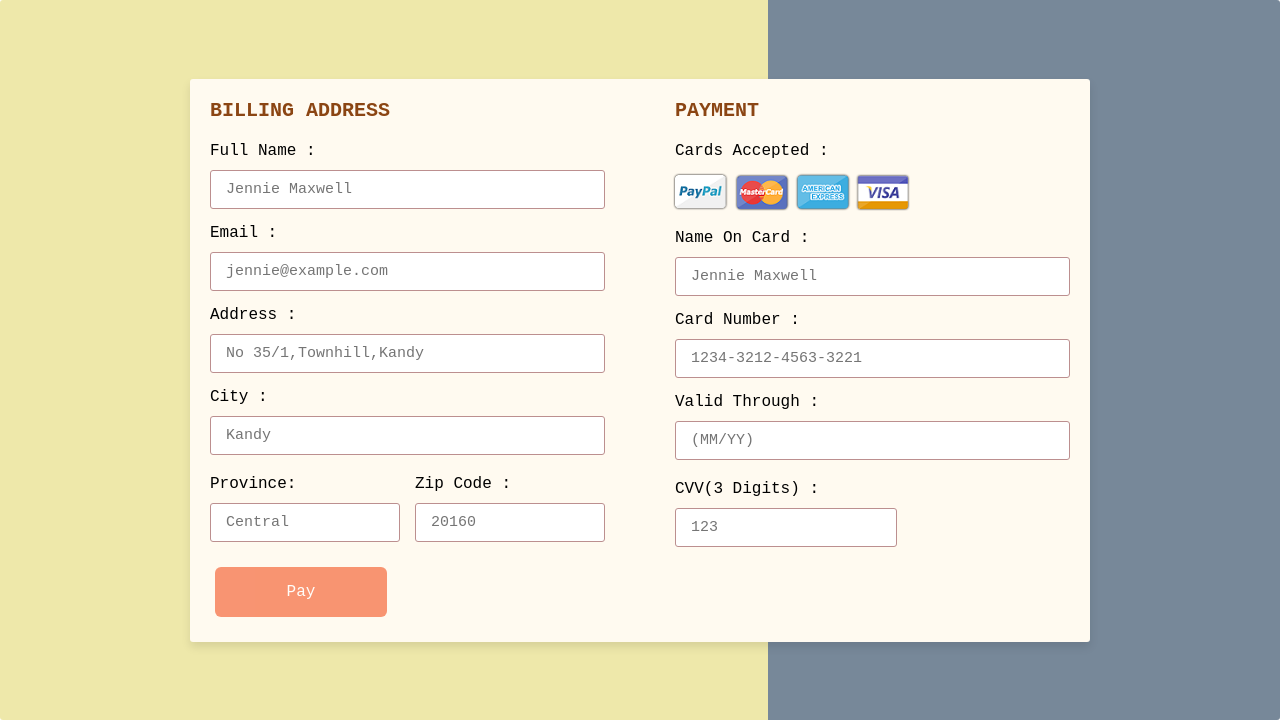
Repository: it22272690/Event-Planning-System
Page: http://localhost/PaymentDemo/Payment.jsp
The author's editor kept a copy of each file at every save. The page is drawn from the files as they stood at one save, then again after the next save.
The browser window is 1280 px wide. The pictures show the whole page.
The page is served by Tomcat 10. Other server files are loaded and not shown.

Above is the page before, as saved 2023-10-22 09:52:25.

### PaymentDemo/src/main/webapp/Payment.jsp
<%@ page language="java" contentType="text/html; charset=ISO-8859-1"
    pageEncoding="ISO-8859-1"%>
<!DOCTYPE html>
<html>
<head>
<meta charset="ISO-8859-1">
<title>Insert title here</title>
  <link rel="stylesheet" href="css/payment.css">

</head>
<body>
   <div class="container">

    <form action="pay" method="post" >

        <div class="row">

            <div class="col">

                <h3 class="title">billing address</h3>

                <div class="inputBox">
                    <span>full name :</span>
                    <input type="text" name="fname" placeholder="Jennie Maxwell">
                </div>
                <div class="inputBox">
                    <span>email :</span>
                    <input type="email" name="email" placeholder="jennie@example.com">
                </div>
                <div class="inputBox">
                    <span>address :</span>
                    <input type="text" name="address" placeholder="No 35/1,Townhill,Kandy">
                </div>
                <div class="inputBox">
                    <span>city :</span>
                    <input type="text" name="city" placeholder="Kandy">
                </div>

                <div class="flex">
                    <div class="inputBox">
                        <span>Province:</span>
                        <input type="text" name="province" placeholder="Central">
                    </div>
                    <div class="inputBox">
                        <span>Zip code :</span>
                        <input type="text" name="zipcode" placeholder="20160">
                    </div>
                </div>

            </div>

            <div class="col">

                <h3 class="title">payment</h3>

                <div class="inputBox">
                    <span>cards accepted :</span>
                     <img src="images/card_img.png" alt="card">
                </div>
                <div class="inputBox">
                    <span>name on card :</span>
                    <input type="text" name="cname" placeholder="Jennie Maxwell">
                </div>
                <div class="inputBox">
                    <span>Card number :</span>
                    <input type="text" name="cnumber" placeholder="1234-3212-4563-3221" pattern="[0-9][0-9][0-9][0-9]-[0-9][0-9][0-9][0-9]-[0-9][0-9][0-9][0-9]-[0-9][0-9][0-9][0-9]">
                </div>
                <div class="inputBox">
                    <span>Valid through :</span>
                    <input type="text" name="valid" placeholder="(MM/YY)"  pattern="(0[1-9]|1[0-2])\/[0-9]{2}" >
                </div>
			 <div class="flex">
                    <div class="inputBox">
                        <span>CVV(3 Digits) :</span>
                        <input type="text" name="cvv" placeholder="123" pattern="[0-9][0-9][0-9]">
                    </div>
                </div>

            </div>

        </div>

       <input type="submit" value="pay" class="submit-btn" name="submit" >




    </form>

</div>

</body>
</html>

### PaymentDemo/src/main/webapp/css/payment.css
@charset "ISO-8859-1";
@import url('https://fonts.googleapis.com/css2?family=Poppins:wght@100;300;400;500;600&display=swap');

*{
  font-family: 'Courier New';
  margin:0; padding:0;
  box-sizing: border-box;
  outline: none; border:none;
  text-transform: capitalize;
  transition: all .2s linear;
  border-radius: 3px;

}

.container{
  display: flex;
  justify-content: center;
  align-items: center;
  padding:25px;
  min-height: 100vh;
  background: linear-gradient(90deg, #EEE8AA 60%,#778899 40.1%);

}

.container form{
  padding:20px;
  width:900px;
  background: #FFFAF0;
  box-shadow: 0 5px 10px rgba(0,0,0,.1);

}

.container form .row{
  display: flex;
  flex-wrap: wrap;
  gap:70px;

}

.container form .row .col{
  flex:1 1 250px;

}

.container form .row .col .title{
  font-size: 20px;
  color:#8B4513;
  padding-bottom: 5px;
  text-transform: uppercase;
}

.container form .row .col .inputBox{
  margin:15px 0;
}

.container form .row .col .inputBox span{
  margin-bottom: 10px;
  display: block;
}

.container form .row .col .inputBox input{
  width: 100%;
  border:1px solid  #BC8F8F;
  padding:10px 15px;
  font-size: 15px;
  text-transform: none;
}

.container form .row .col .inputBox input:focus{
  border:1px solid ;
}

.container form .row .col .flex{
  display: flex;
  gap:15px;
}

.container form .row .col .flex .inputBox{
  margin-top: 5px;
}

.container form .row .col .inputBox img{
  height: 34px;
  margin-top: 5px;
  filter: drop-shadow(0 0 1px #000);

}

.container form .submit-btn{
  background-color: #f4511e;
  border: none;
  color: white;
  padding: 16px 32px;
  text-align: center;
  font-size: 16px;
  margin: 5px 5px;
  opacity: 0.6;
  transition: 0.3s;
  display: inline-block;
  text-decoration: none;
  cursor: pointer;
  width:20%;
 border-radius: 6px;


}
/* Popup styles */
.popup {
    display: none;
    position: fixed;
    top: 0;
    left: 0;
    width: 100%;
    height: 100%;
    background-color: rgba(0, 0, 0, 0.7);
    z-index: 999;
}

.popup-content {
    background-color: #fff;
    width: 300px;
    padding: 20px;
    margin: 100px auto;
    text-align: center;
    border-radius: 5px;
    box-shadow: 0 0 10px rgba(0, 0, 0, 0.3);
    position: relative;
}

.close-popup {
    position: absolute;
    top: 10px;
    right: 10px;
    cursor: pointer;
    font-size: 20px;
}

.container form .submit-btn:hover{opacity: 1}

After the next save:
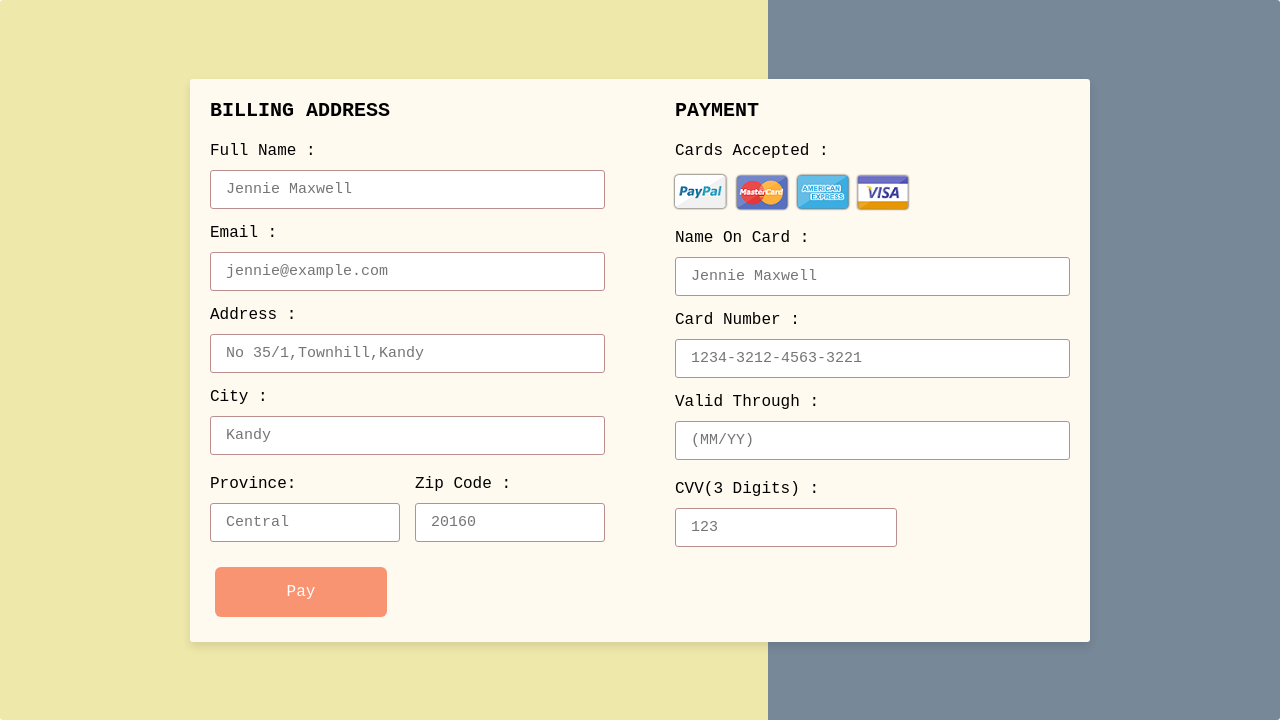
Saved 28 s later.
--- a/PaymentDemo/src/main/webapp/css/payment.css
+++ b/PaymentDemo/src/main/webapp/css/payment.css
@@ -44,7 +44,7 @@
 
 .container form .row .col .title{
   font-size: 20px;
-  color:#8B4513;
+  color:#000;
   padding-bottom: 5px;
   text-transform: uppercase;
 }

After the save that followed:
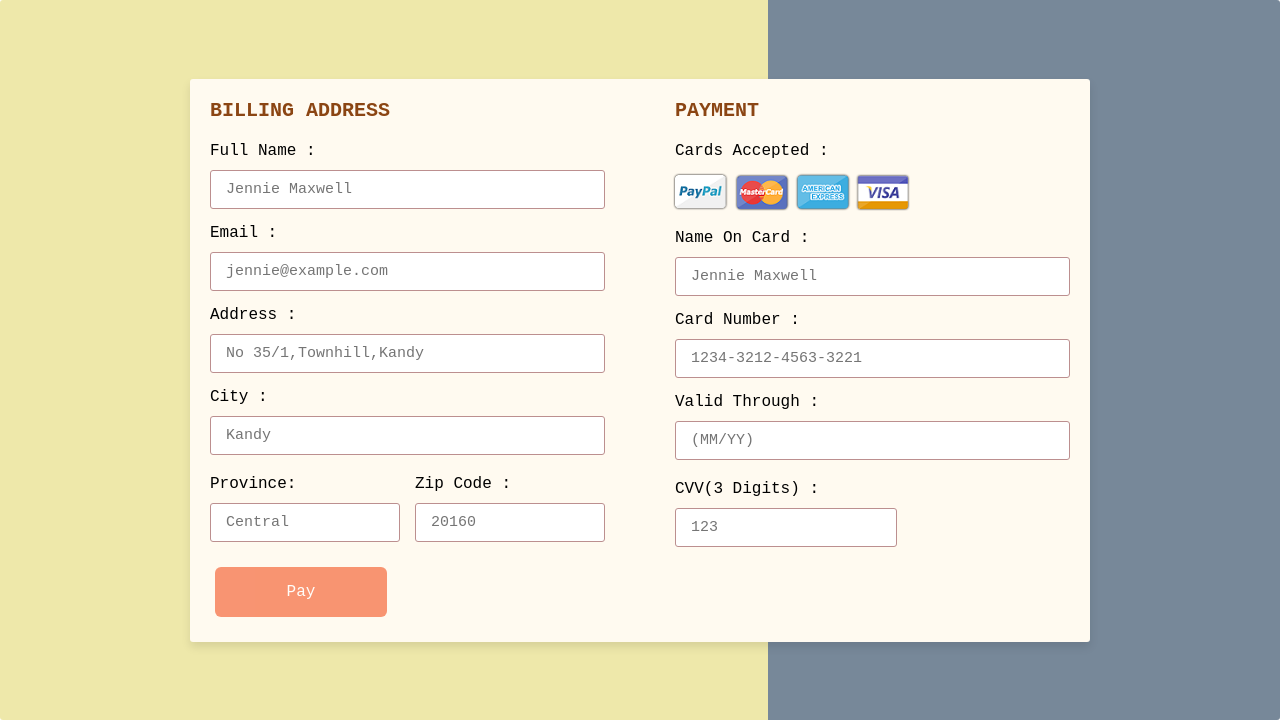
Saved 17 s later.
--- a/PaymentDemo/src/main/webapp/css/payment.css
+++ b/PaymentDemo/src/main/webapp/css/payment.css
@@ -44,7 +44,7 @@
 
 .container form .row .col .title{
   font-size: 20px;
-  color:#000;
+  color:#8B4513;
   padding-bottom: 5px;
   text-transform: uppercase;
 }
